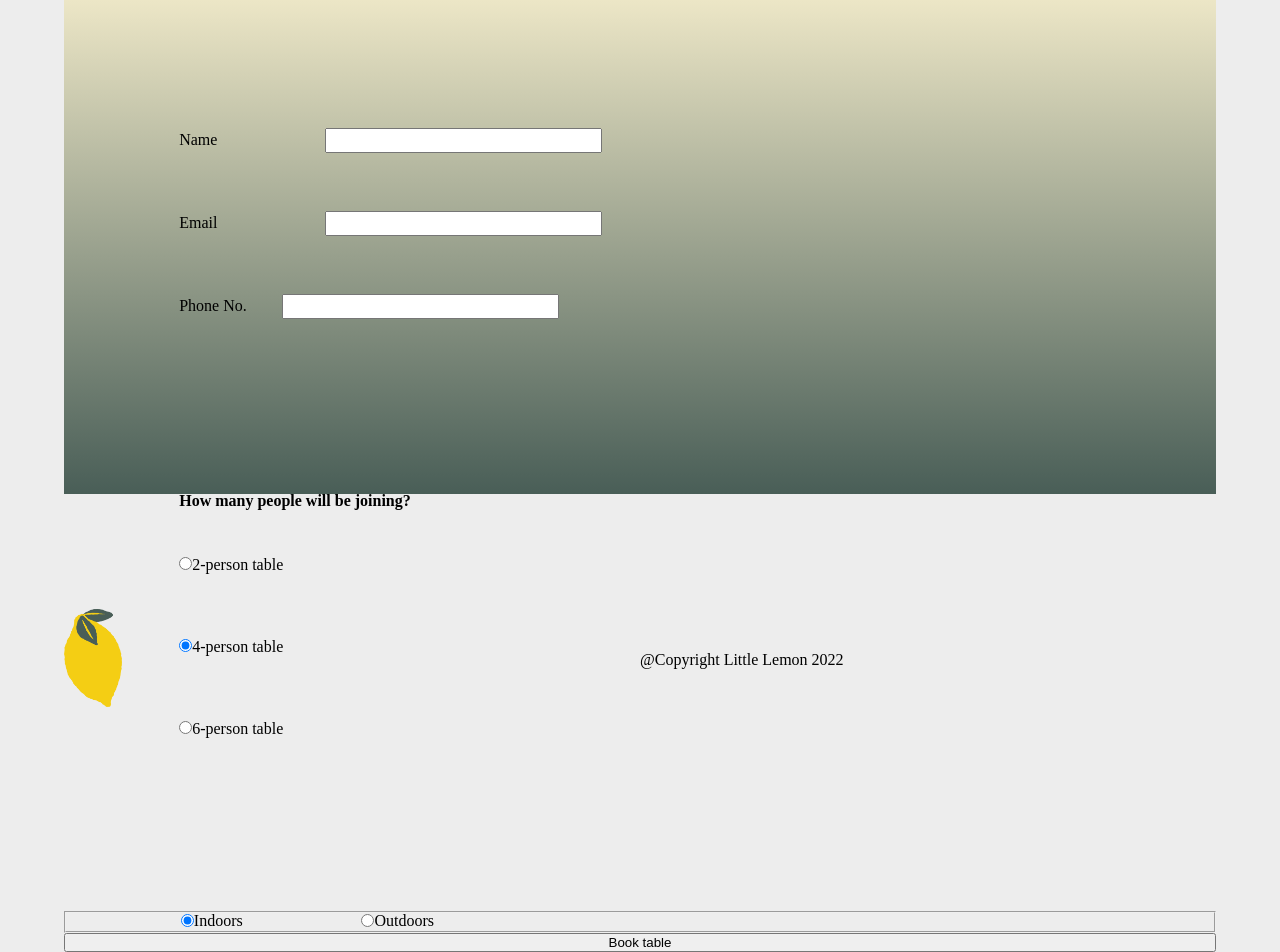
Repository: klone007/littleLemon
Page: index.html
An editor plug-in stored every save of this project. The page is shown before and after a run of saves, followed by the edit.
The browser window is 1280 px wide. The pictures show the part of the page from y = 3473 to 4425 px (the page is 4425 px tall before and 4342 px after).
A picture or video elsewhere on the page could not be fetched, so the positions and the page height are approximate. Backgrounds fixed to the window are drawn as part of the page.

Above is the page before, as saved 2022-11-17 13:24:49.

### index.html
<!DOCTYPE html>
<html lang="en">
<head>
    <meta charset="UTF-8">
    <meta http-equiv="X-UA-Compatible" content="IE=edge">
    <meta name="viewport" content="width=device-width, initial-scale=1.0">
    <title>Little Lemon</title>
    <meta name="author" content="Owned by Maria & Jason">
    <meta name="description" content="Little lemon restaurant">

    <link rel="stylesheet" href="./styles.css">
    <link rel="stylesheet" href="./docs/flickity.css" media="screen">
</head>
<body>
    <script src="./docs/flickity.pkgd.min.js"></script>

<nav class="top-nav navbar-fixed-top">
    <header>
        <a href="#Home">
            <img src="./img/Asset 20@4x.png" alt="logo" />
        </a>
    </header>
    <input id="menu-toggle" type="checkbox" />
    <label class='menu-button-container' for="menu-toggle">
    <div class='menu-button'></div>
  </label>
    <ul class="menu">
        <li><a href="#Home">Home</a></li>
        <li><a href="#Menu">Menu</a></li>
        <li><a href="#mainBook">Book</a></li>
        <li><a href="#About">About</a></li>
    </ul>
</nav>


    <main>
        <h1 id="Home">Our Featured</h1>
        <section class="gallery js-flickity" data-flickity-options='{ "wrapAround": true }'>
            <div class="gallery-cell">
                <img src="https://external-content.duckduckgo.com/iu/?u=https%3A%2F%2Fwww.sightseeingtoursitaly.com%2Fwp-content%2Fuploads%2F2019%2F06%2FFamous-Italian-dishes.jpg&f=1&nofb=1&ipt=5f17ed8798b09670346a59e0c6dda9133987f1fbc826aab0525b9c7dfd5eefc6&ipo=images" alt="" loading="lazy" />
            </div>
            <div class="gallery-cell">
                <img src="https://external-content.duckduckgo.com/iu/?u=https%3A%2F%2Fcdn.websites.hibu.com%2F42205d4164494aec9952633686609fc8%2Fdms3rep%2Fmulti%2Fshutterstock_1048781273.jpg&f=1&nofb=1&ipt=9319afd718bb88107d86b2624e313065a7d3a600e22631227c980300d2d9ea5e&ipo=images" alt="" loading="lazy" />
            </div>
            <div class="gallery-cell">
                <img src="https://external-content.duckduckgo.com/iu/?u=https%3A%2F%2Fdianashealthyliving.com%2Fwp-content%2Fuploads%2F2019%2F09%2FItalian-food-Depositphotos_.jpg&f=1&nofb=1&ipt=6b3899b664b8c8aa324edf4a5f0cf548525f48ccb5f7a4fc71eac060adbfea16&ipo=images" alt="" loading="lazy" />
            </div>
            <div class="gallery-cell">
                <img src="https://external-content.duckduckgo.com/iu/?u=https%3A%2F%2Fwww.lux-review.com%2Fwp-content%2Fuploads%2F2020%2F03%2FPasta-1.jpg&f=1&nofb=1&ipt=236038c1ddcf4aa03c9a1fd1d1489bc57e1f28b597d5af0d285d39a5f3813c10&ipo=images" alt="" />
            </div>
            <div class="gallery-cell">
                <img src="https://external-content.duckduckgo.com/iu/?u=https%3A%2F%2Fthepointsguy.co.uk%2Fwp-content%2Fuploads%2F2020%2F09%2FGettyImages-599272840.jpg&f=1&nofb=1&ipt=aed47e269af3bf5fa11b8c201e77a3612dee3b5e70cd9f18d9500c28e0df9f67&ipo=images" alt="" loading="lazy" />
            </div>
        </section>

        <h1 id="Menu">Menu</h1>
        <section id="mainMenu">
            <article>
                <h3>Dish 1</h3>
                <div>
                    <img src="https://external-content.duckduckgo.com/iu/?u=https%3A%2F%2Fwww.trbimg.com%2Fimg-58b999a4%2Fturbine%2Fct-chicago-modern-classics-food-0308-20170303&f=1&nofb=1&ipt=e55a6103835e539b9ddba910f3aa8f07babc50ec035bc059d606dd24fa5a5659&ipo=images" alt="" />
                    <p>Lorem ipsum dolor sit amet consectetur adipisicing elit. Labore inventore rem quos repellat fugiat consequatur numquam, sapiente aperiam culpa aliquid maiores asperiores! Alias eligendi odit, vero amet aut quia non?</p>
                </div>
            </article>
            <article>
                <h3>Dish 2</h3>
                <div>
                    <img src="https://external-content.duckduckgo.com/iu/?u=https%3A%2F%2Fwww.webivm.com%2Fwp-content%2Fuploads%2F2016%2F12%2FFood-Photos.jpg&f=1&nofb=1&ipt=6a3492d880aad37e76e2c229f1153e1a0fc916bf886f3e4d2b33b8b43cbbb8ba&ipo=images" alt="" />
                    <p>Lorem ipsum dolor sit amet consectetur adipisicing elit. Labore inventore rem quos repellat fugiat consequatur numquam, sapiente aperiam culpa aliquid maiores asperiores! Alias eligendi odit, vero amet aut quia non?</p>
                </div>
            </article>
            <article>
                <h3>Dish 3</h3>
                <div>
                    <img src="https://external-content.duckduckgo.com/iu/?u=https%3A%2F%2Fwww.food-management.com%2Fsites%2Ffood-management.com%2Ffiles%2Fstyles%2Farticle_featured_retina%2Fpublic%2FHawaiiPromo_BU_1.jpg%3Fitok%3Dl8BccNDz&f=1&nofb=1&ipt=f5ae2a2fe3e9c6f5db3d1dd3f7cba8346bc18a211ab68dd1c32996616daafb87&ipo=images" alt="" />
                    <p>Lorem ipsum dolor sit amet consectetur adipisicing elit. Labore inventore rem quos repellat fugiat consequatur numquam, sapiente aperiam culpa aliquid maiores asperiores! Alias eligendi odit, vero amet aut quia non?</p>
                </div>
            </article>
            <article>
                <h3>Dish 4</h3>
                <div>
                    <img src="https://external-content.duckduckgo.com/iu/?u=https%3A%2F%2Fmoroccanfoodtour.com%2Fwp-content%2Fuploads%2F2020%2F05%2FMFT-Tetouan-Food-Tour-5.jpg&f=1&nofb=1&ipt=5d10271906c29c0f482e9af2e71def8f1021706b03ddfc3b13a227a26cf32f92&ipo=images" alt="" />
                    <p>Lorem ipsum dolor sit amet consectetur adipisicing elit. Labore inventore rem quos repellat fugiat consequatur numquam, sapiente aperiam culpa aliquid maiores asperiores! Alias eligendi odit, vero amet aut quia non?</p>
                </div>
            </article>
            <article>
                <h3>Dish 5</h3>
                <div>
                    <img src="https://external-content.duckduckgo.com/iu/?u=https%3A%2F%2Fimg.choice.com.au%2F-%2Fmedia%2Ff738b5b9623b4c90ad0837f98b0ea96b.ashx&f=1&nofb=1&ipt=1635fb9e31ba85f9b28735716f80466546eed1ee7c42d5bcbd6a9909df5d35f2&ipo=images" alt="" />
                    <p>Lorem ipsum dolor sit amet consectetur adipisicing elit. Labore inventore rem quos repellat fugiat consequatur numquam, sapiente aperiam culpa aliquid maiores asperiores! Alias eligendi odit, vero amet aut quia non?</p>
                </div>
            </article>
            <article>
                <h3>Dish 6</h3>
                <div>
                    <img src="https://external-content.duckduckgo.com/iu/?u=https%3A%2F%2Fwww.charlottefashionplate.com%2Fwp-content%2Fuploads%2F2019%2F04%2FFullSizeRender-2019-09-12T093414.937-e1568295666416.jpg&f=1&nofb=1&ipt=a75d703fefdf0bc48c22dafd73ad0c617d56c21db92b64727021d744cfa860a5&ipo=images" alt="" />
                    <p>Lorem ipsum dolor sit amet consectetur adipisicing elit. Labore inventore rem quos repellat fugiat consequatur numquam, sapiente aperiam culpa aliquid maiores asperiores! Alias eligendi odit, vero amet aut quia non?</p>
                </div>
            </article>
        </section>

        <h1 id="About">About</h1>
        <section id="mainAbout">
            <div class="myDIV">
                 <img src="https://external-content.duckduckgo.com/iu/?u=https%3A%2F%2Fst3.depositphotos.com%2F2572561%2F16353%2Fi%2F950%2Fdepositphotos_163534638-stock-photo-two-famous-chefs-discuss-their.jpg&f=1&nofb=1&ipt=b503cf392cbfb92c1189adf6e87bce2d96b5f10e32ff79c8c39acd97c9648224&ipo=images" alt="Little Lemon's chefs" loading="lazy" />
            </div>
            <!-- <div class="hide">
                The image used is stock image from google images.
            </div> -->

            <p>
                Based in Chicago, Illinois, <strong>Little Lemon is a family-owned Mediterranean restaurant</strong>, focused on <strong>traditional recipes served with a
                modern twist.</strong> The chefs draw inspiration from Italian, Greek, and Turkish culture and have a menu of 12–15 items that they rotate
                seasonally. The restaurant has a rustic and relaxed atmosphere with moderate prices, making it a <strong>popular place for a meal any time of
                the day.</strong>
                <br /> <br />
                Little Lemon is <strong>owned by</strong>two Italian brothers, <strong>Mario and Adrian</strong>, who moved to the United States to pursue their shared dream of owning a restaurant.
                To craft the menu, Mario relies on family recipes and his experience as a chef in Italy. Adrian does all the marketing for the restaurant and led the
                effort to expand the menu beyond classic Italian to incorporate additional cuisines from the Mediterranean region.
            </p>
        </section>
        <section id="mainBook">
            <h1>Book</h1>
            <div class="parallax"></div>

            <form class="content" method="post" >

                    <label for="user_Name">Name
                        <input type="text" id="user_Name" name="user_Name" required/>
                    </label>
                    <label for="user_Email">Email
                        <input type="email" id="user_Email" name="user_Email" required/>
                    </label>

                <label for="user_Phone">Phone No.
                    <input type="tel" id="user_Phone" name="user_Phone"/>
                </label>
                <fieldset id="size">
                    <p><strong>How many people will be joining?</strong></p>
                    <label><input type="radio" value="2" name="size" />2-person table</label><br>
                    <label><input type="radio" value="4" name="size" checked/>4-person table</label><br>
                    <label><input type="radio" value="6" name="size" />6-person table</label>
                </fieldset>
                <fieldset id="location">
                    <label><input type="radio" value="indoors" name="location" checked/>Indoors</label>
                    <label><input type="radio" value="outdoors" name="location" />Outdoors</label>
                </fieldset>
                <button type="submit">Book table</button>

            </form>
        </section>
    </main>
    <footer>
        <div >
            <img src="./img/Asset 9@4x.png" alt=""></img>
        </div>
        <div >
            <p>@Copyright Little Lemon 2022</p>
        </div>
    </footer>


</body>
</html>

### styles.css
:root {
    --lemonYelow:#f4ce14;
    --lemonGreen: #495e57;
}


*{
    margin:0;
    padding:0;
    -webkit-box-sizing: border-box;
    box-sizing: border-box;
}

body {
    background-color: #ededed;
    margin-top: 1rem;
    margin-bottom: 1rem;
    margin-left: 5%;
    margin-right: 5%;
}

header  img {
    display: block;
    margin-left: auto;
    margin-right: auto;
    max-width:3rem;
    min-height:3rem;
    animation-duration: 2s;
    animation-name: slideinLeft;
}

.top-nav  ul {
    list-style: none;
    animation-duration: 2s;
    animation-name: slideinRight;
}

.top-nav a {
    text-decoration: none;
    /* color:rgb(252, 227, 8); */
    color:white;
    padding: 10px 30px;
}

.top-nav a:hover {
    color: var(--lemonYelow);
    transform: scale(0.7);
}

.top-nav {
    display: flex;
    flex-direction: row;
    align-items: center;
    justify-content: space-between;
    background-color: #00BAF0;
    /* background: linear-gradient(to left, #214900ef, #ffe5511e); */
    background: linear-gradient(to left, #495e57, #f4cf142c);

    /* W3C, IE 10+/ Edge, Firefox 16+, Chrome 26+, Opera 12+, Safari 7+ */
    color: #FFF;
    height: 50px;
    padding: 1em;
    margin-top: 3%;


  }

  .menu {
    display: flex;
    flex-direction: row;
    list-style-type: none;
    margin: 0;
    padding: 0;
  }

  .menu > li {
    margin: 0 1rem;
    overflow: hidden;
  }

  .menu-button-container {
    display: none;
    height: 100%;
    width: 30px;
    cursor: pointer;
    flex-direction: column;
    justify-content: center;
    align-items: center;
  }

  #menu-toggle {
    display: none;
  }

  .menu-button,
  .menu-button::before,
  .menu-button::after {
    display: block;
    background-color: #fff;
    position: absolute;
    height: 4px;
    width: 30px;
    transition: transform 400ms cubic-bezier(0.23, 1, 0.32, 1);
    border-radius: 2px;
  }

  .menu-button::before {
    content: '';
    margin-top: -8px;
  }

  .menu-button::after {
    content: '';
    margin-top: 8px;
  }

  #menu-toggle:checked + .menu-button-container .menu-button::before {
    margin-top: 0px;
    transform: rotate(405deg);
  }

  #menu-toggle:checked + .menu-button-container .menu-button {
    background: rgba(255, 255, 255, 0);
  }

  #menu-toggle:checked + .menu-button-container .menu-button::after {
    margin-top: 0px;
    transform: rotate(-405deg);
  }

  @media (max-width: 700px) {
    .menu-button-container {
      display: flex;
    }
    .menu {
        z-index:1000;
      position: absolute;
      top: 50px;
      margin-top: 50px;
      left: 0;
      flex-direction: column;
      width: 100%;
      justify-content: center;
      align-items: center;
    }
    #menu-toggle ~ .menu li {
      height: 0;
      margin: 0;
      padding: 0;
      border: 0;
      transition: height 400ms cubic-bezier(0.23, 1, 0.32, 1);
    }
    #menu-toggle:checked ~ .menu li {
      border: 1px solid #333;
      height: 3.5em;
      padding: 0.5em;
      transition: height 400ms cubic-bezier(0.23, 1, 0.32, 1);
    }
    .menu > li {
      display: flex;
      justify-content: center;
      margin: 0;
      padding: 0.5em 0;
      width: 100%;
      color: white;
      background-color: #222;
    }
    .menu > li:not(:last-child) {
      border-bottom: 1px solid #444;
    }
  }

  .navbar-fixed-top{
    position: -webkit-sticky;
    position: sticky;
    top: 0px;
    z-index: 99999;
  }

/* nav {
display: flex;
justify-content: space-between;
}

header > img {
    display: block;
    margin-left: auto;
    margin-right: auto;
    max-width:5rem;
    min-height:5rem;
}

nav  ul {
    list-style: none;
    display: flex;
    justify-content: center;
    align-items: center;

}

nav a:link {
    text-decoration: none;
    color: rgb(5, 107, 5);
    padding: 10px 50px;

}

nav a:hover {
    background-color: green;
    color: antiquewhite;
} */




main  h1 {
    display: flex;
    justify-content: center;
    align-items: center;
    margin-top:5%;
    margin-bottom:3%;
    color:var(--lemonGreen);
    padding-top: 1rem;
}

main  h1:hover{
    /* animation: 1s 1 forwards pulse */
    transform: scale(1.2);
    transition: 0.5s ease-in-out;
}

main img {
    max-width:100%;
    min-height: 100%;
}

.gallery {
    background: #EEE;
    margin-bottom: 5%;
  }

  .gallery-cell {
    width: 50vw;
    height: 30vh;
    margin-left: 10px;
    counter-increment: gallery-cell;
  }

  /* cell number */
  .gallery-cell:before {
    display: block;
    text-align: center;
    content: "";
    line-height: 200px;
    font-size: 80px;
    color: white;
  }



  #mainMenu {
    display: flex;
    flex-wrap: wrap;
    overflow: auto;

}
#mainMenu div {
    display: flex;
    justify-content: center;
    align-items: center;
    gap:2rem;
}

#mainMenu img {
    max-width: 5rem;
    max-height: 5rem;
}
article img:hover {
    transform: scale(4) translate(50%,10%);
    transition: 0.5s ease-in-out;
}

main h3 {
    padding-bottom:1rem
}

main article {
    flex: 1 0 500px;
    box-sizing: border-box;
    margin: 1rem .25em;
    padding:2rem;

    max-width: 25rem;
}

main article:hover {
    color:#f4ce14;
    background-color: var(--lemonGreen);
    box-shadow: inset 0 0 1rem #444;
    border-radius: 5%;
}

@media screen and (min-width: 40em) {
    main article  {
       max-width: calc(50% -  1em);
    }


}

@media screen and (min-width: 60em) {
    main article  {
        max-width: calc(25% - 1em);
    }
}


#mainAbout {
    display: flex;
    flex-direction:column;
    justify-content: center;
    align-items: center;

}

#mainAbout img {
    max-width: 20rem;
    min-height: 20rem;
    margin:5%;
    padding:2rem;
    border-radius: 50%;
    filter:blur(0.5rem) grayscale(100%);
    transition:.5s ease-out;
}
#mainAbout img:hover {
    filter:blur(0rem) grayscale(0%);

}
/* .hide {
    display: none;
    position:absolute;
    left:8%
  } */

  /* .myDIV:hover + .hide {
    display: block;
    color: red;
  } */

#mainAbout p {
    flex: 1 0 500px;
    box-sizing: border-box;
    margin: 1rem .25em;
    padding:1rem;
}

footer {
    display: flex;
    justify-content: center;
    align-items: center;
    margin-top:10%;
}
footer div {
    flex: 1;
}

footer img {
    width:10%;
}
footer img:hover {
    transform:rotate(60deg) ;
   transition: 1s ease;
}



@media screen and (min-width:880px) {

    .gallery-cell {
        width: 70vw;
        height: 70vh;
        margin-left: 10px;
        counter-increment: gallery-cell;
      }

      #mainAbout{
        display: flex;
        justify-content: space-between;
        flex-direction: row;
        margin:1rem;
        gap: 2rem;
    }
    #mainAbout img {
        max-width: 20rem;
        min-height: 20rem;
        margin:5%;
        border-radius: 0;
    }
    #mainAbout p {
        flex: 1 ;
        box-sizing: border-box;
        margin: 1rem .25em;
        padding:1rem;
    }
    article img:hover {
        transform: scale(8) translate(50%,10%);
        transition: 0.5s ease-in-out;
    }

  }




  @keyframes slideinRight {
    from {
      margin-right: -100rem;
      opacity: 0;
    }
    25% {

        margin-right: -10rem;
        opacity: 0.25;
      }
    50% {

    margin-right: -5rem;
    opacity: 0.5;
    }
    75% {

      margin-right: -1rem;
      opacity: 0.75;
    }

    to {
      margin-right: 0rem;
      opacity: 1;
    }
  }


  @keyframes slideinLeft {
    from {
      margin-left: -100rem;
      opacity: 0;

    }

    25% {

    margin-left: -10rem;
    opacity: 0.25;
    }

    50% {

    margin-left: -5rem;
    opacity: 0.5;
    width:50%;
    }
    75% {

    margin-left: -5rem;
    opacity: 0.5;
    width:75%;

    }

    to {
      margin-left: 0rem;
      opacity: 1;
     width:100%;

    }
  }

  .parallax {
    /* The image used */
    background-image: url("https://external-content.duckduckgo.com/iu/?u=https%3A%2F%2Fuplandsouthcandles.com%2Fwp-content%2Fuploads%2F2018%2F07%2F036684.jpg&f=1&nofb=1&ipt=ed1f1ccf7945ddfd3265d2114ec71a6c897354e652921af8277e8d438890888a&ipo=images");

    /* Set a specific height */
    min-height: 500px;

    /* Create the parallax scrolling effect */
    background-attachment: fixed;
    background-position: center;
    background-repeat: no-repeat;
    background-size: cover;
  }

  .content {
    height:1000px;
    background: linear-gradient(#eee20200,#f4cf142c, #495e57);
    display:flex;
    flex-direction: column;
    align-items: stretch;
    padding-top:50%;
}
.content label {
    padding-top:5%;
    padding-left: 10%;
}

#size{
    display: flex;
    flex-direction: column;
    margin: 15% 10%;
    border:0;
}

#size label {
    margin-left:-10% ;
    padding-top:
}

#user_Name{
    margin-left:10%;
    padding:0.2rem 3rem;
}


#user_Email{
    margin-left:10%;
    padding:0.2rem 3rem;
}

#user_Phone{
    margin-left:3%;
    padding:0.2rem 3rem;
}

Loaded but not shown: docs/flickity.pkgd.min.js (library); docs/flickity.css (137 lines, source omitted)

After the next 3 saves:
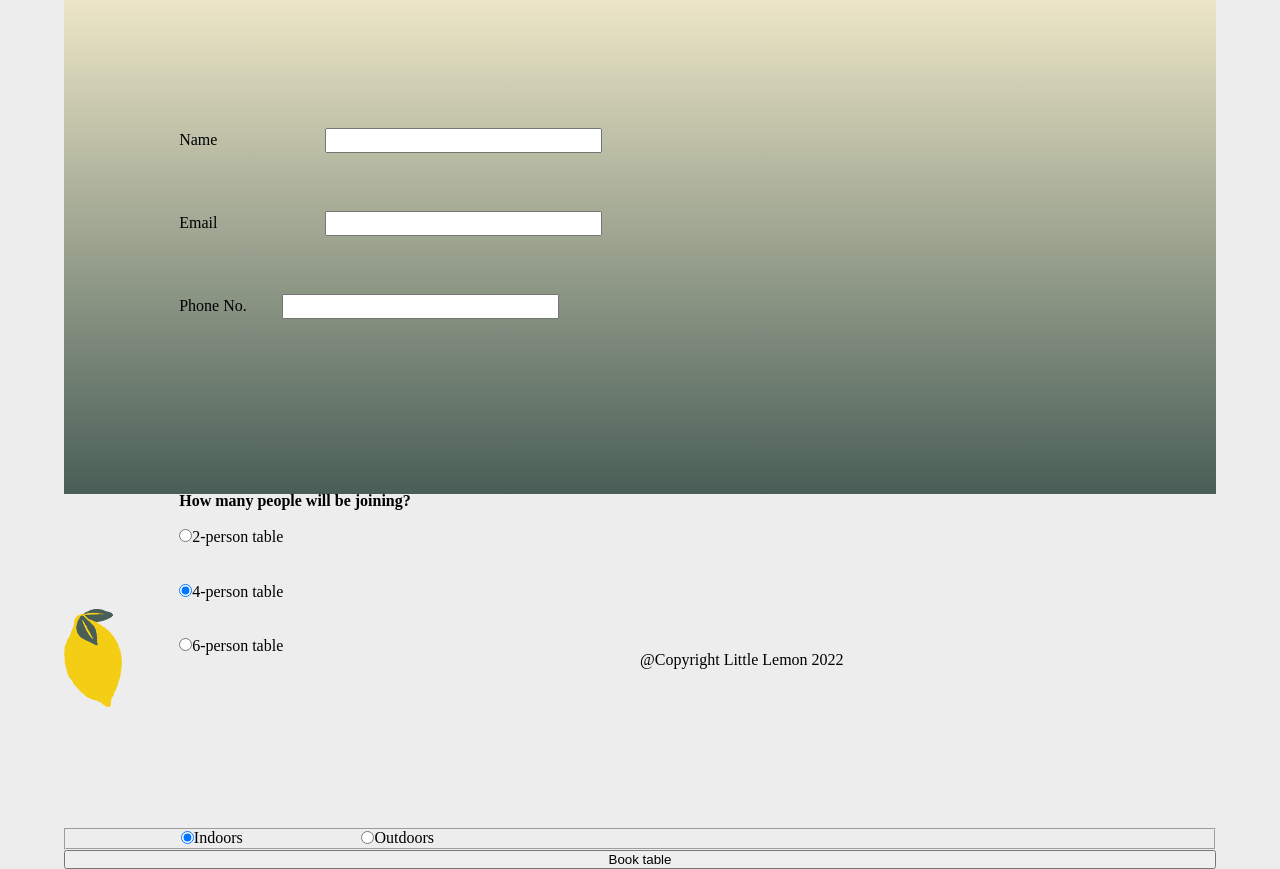
The 3 saves are shown as one change because they came seconds apart.
The last was saved 19 s later.
--- a/styles.css
+++ b/styles.css
@@ -511,7 +511,7 @@
 
 #size label {
     margin-left:-10% ;
-    padding-top:
+    padding-top:2%;
 }
 
 #user_Name{

After the 2 saves that followed:
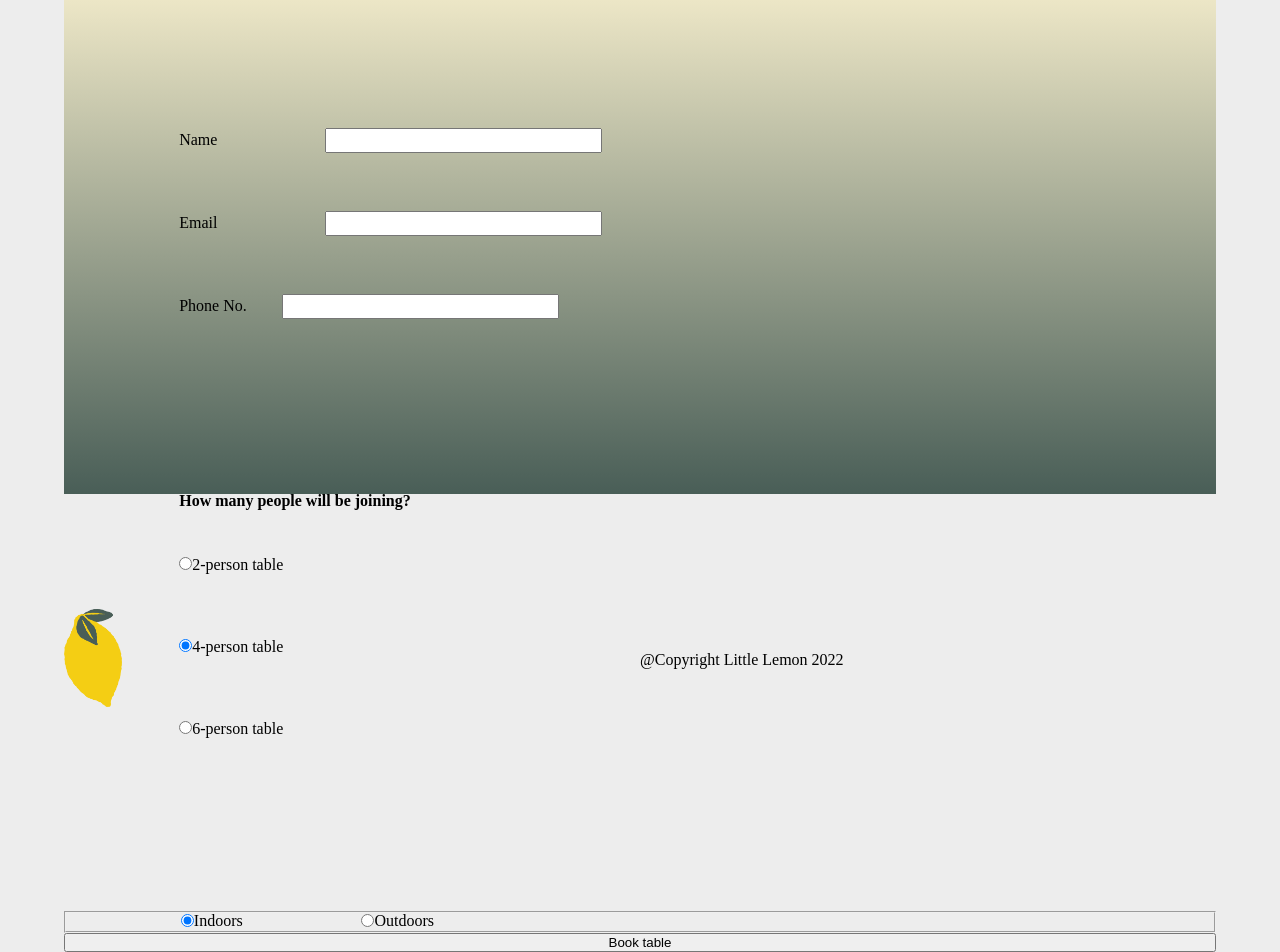
The 2 saves are shown as one change because they came seconds apart.
The last was saved 54 s later.
--- a/styles.css
+++ b/styles.css
@@ -511,7 +511,6 @@
 
 #size label {
     margin-left:-10% ;
-    padding-top:2%;
 }
 
 #user_Name{
